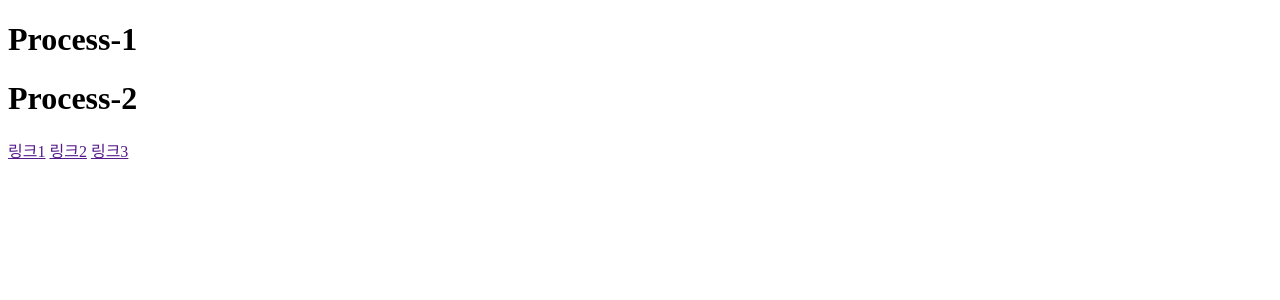
Repository: zmfhd1/Web
Page: jstest/WebContent/domtest2.html
These files come from the project's save history. The page is drawn as it stood at one moment and after a run of saves; the edit follows.
The browser window is 1280 px wide. The pictures show the whole page.

Above is the page before, as saved 2021-08-24 05:45:44.
Console error: TypeError: Cannot read properties of null (reading 'innerHTML')

### jstest/WebContent/domtest2.html
<!DOCTYPE html>
<html>
<head>
<meta charset="UTF-8">
<title>Insert title here</title>
</head>
<body>
<h1>Process-1</h1>
<h1>Process-2</h1>
<a href="">링크1</a>
<a href="">링크2</a>
<a href="">링크3</a>
<script>
var one_tag = document.getElementById("test1");
/* alert(one_tag.tagName); */
//h1태그들 읽어오자

var array = document.getElementsByTagName("a");
/* alert(array.length);
alert(array[0].innerHTML); */

//class test2 태그들 읽어오자
var array2 = document.getElementsByClassName("test2");
/* alert(array2.length);
alert(array2[0].innerHTML); */

var one_tag2 = document.querySelector("a[href='c.jsp']");
alert(one_tag2.innerHTML);

document.querySelectorAll("a[href*=html]");
alert(array3.length);
alert(array3[0].innerHTML);
alert(array3[1].innerHTML);

</script>
</body>
</html>

After the next 3 saves:
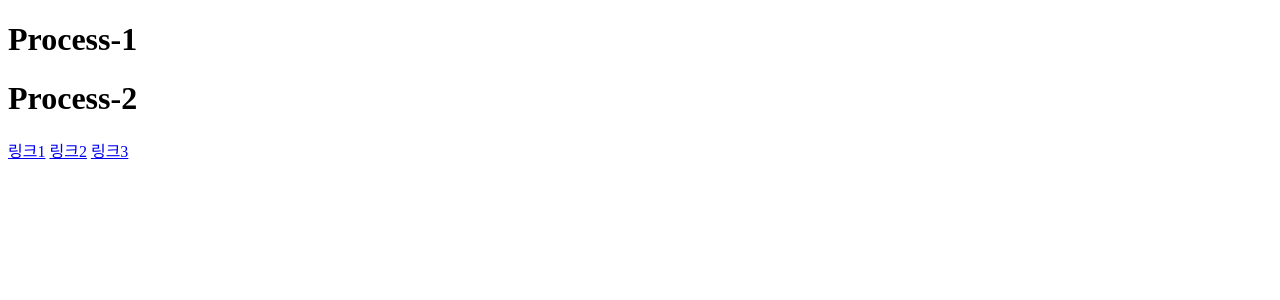
Console error: ReferenceError: array3 is not defined
The 3 saves are shown as one change because they came seconds apart.
The last was saved 3 min 24 s later.
--- a/jstest/WebContent/domtest2.html
+++ b/jstest/WebContent/domtest2.html
@@ -7,9 +7,11 @@
 <body>
 <h1>Process-1</h1>
 <h1>Process-2</h1>
-<a href="">링크1</a>
-<a href="">링크2</a>
-<a href="">링크3</a>
+<a id = 'stest1' href="a.html">링크1</a>
+<a class = "test2" href="b.html">링크2</a>
+<a class = "test2" href="c.jsp">링크3</a>
+
+
 <script>
 var one_tag = document.getElementById("test1");
 /* alert(one_tag.tagName); */
